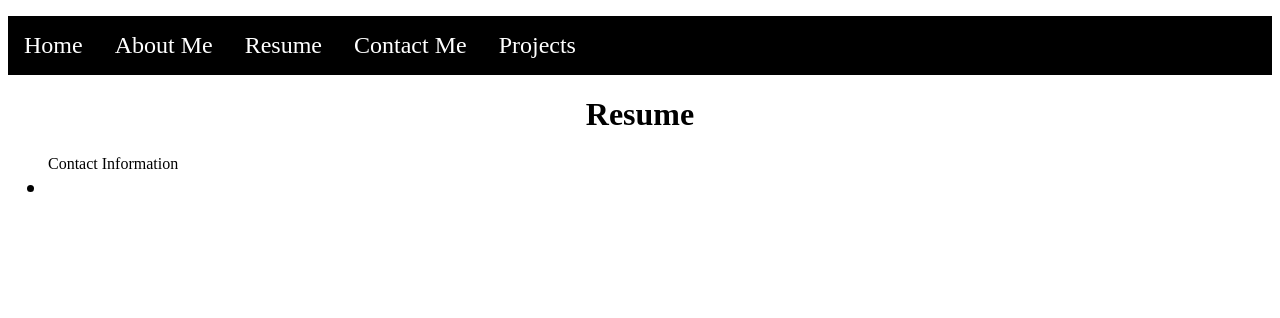
Repository: VidalLopez/VidalLopez.github.io
Page: resume.html
The author's editor kept a record of every edit. The page is drawn from the files as they stood at one moment, then again after the next edit.
The browser window is 1280 px wide. The pictures show the whole page.

Above is the page before.

### resume.html
<!DOCTYPE html>
<html>
  <head>
  <title>Home</title>
  <style>

    .navbar{
      list-style: none;
      background-color: black;
      overflow: hidden;
      padding: 0;
    }

    .navbar a, .dropdown div{
      text-decoration: none;
      color: white;
      font-size: 24px;
      padding: 16px;
      display: inline-block;
    }
    .navbar li{
      float: left;
    }

    .navbar li:hover{
      background-color: pink;
    }

    .dropdown-content{
      list-style: none;
      padding: 0;
      display: none;
    }

    .dropdown-content li{
      float:none;
    }

    .dropdown:hover .dropdown-content{
      display: block;
    }
    .center {
      text-align:center;
    }
    .contact li {
      font-size:25px;
    }

  </style>

  </head>
  <body>
    <ul class="navbar">
      <li><a href="index.html">Home</a></li>
      <li><a href="about.html">About Me</a></li>
      <li><a href="resume.html">Resume</a></li>
      <li><a href="contactme.html">Contact Me</a></li>
      <li class = "dropdown">
        <div>Projects</div>
        <ul class="dropdown-content">
          <li><a href="#">Project 1</a></li>
          <li><a href="#">Project 2</a></li>
          <li><a href="#">Project 3</a></li>
        </ul>
      </li>

    </ul>
<h1 class="center">Resume</h1>
<ul class="contact"> Contact Information
  <li></li>
</ul>


  </body>
</html>

After the next edit:
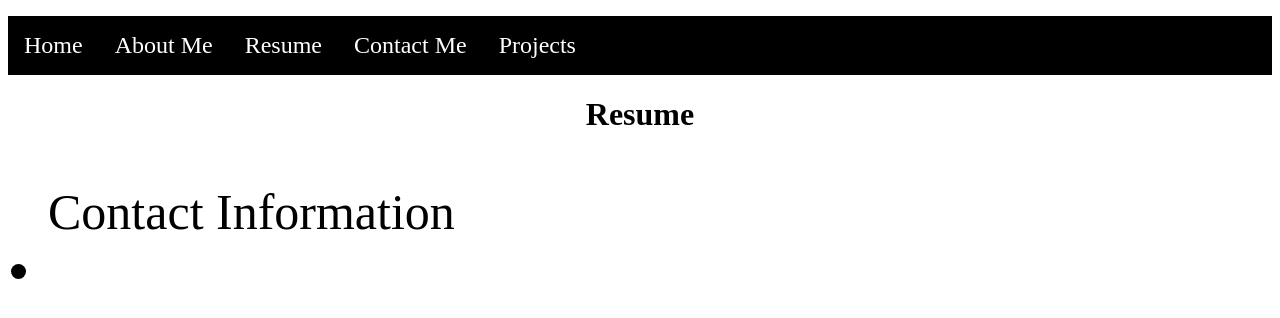
The edit:
--- a/resume.html
+++ b/resume.html
@@ -43,7 +43,10 @@
       text-align:center;
     }
     .contact li {
-      font-size:25px;
+      font-size:50px;
+    }
+    .contact {
+      font-size:50px;
     }
 
   </style>
